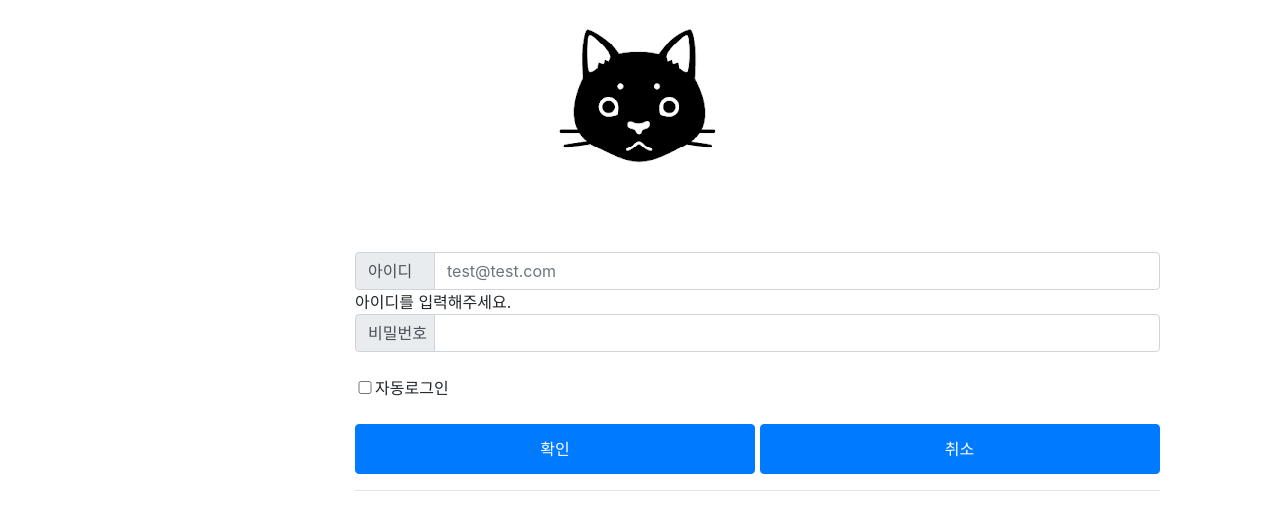
Repository: 0deepsleep/SpringMVCStudy
Page: http://localhost/TestProject/joinCheck.jsp
These files come from the project's save history. The page is drawn as it stood at one moment and after the next save; the edit follows.
The browser window is 1280 px wide. The pictures show the whole page.
The page is served by Tomcat 9.

Above is the page before, as saved 2019-06-14 09:41:27.

After the next save:
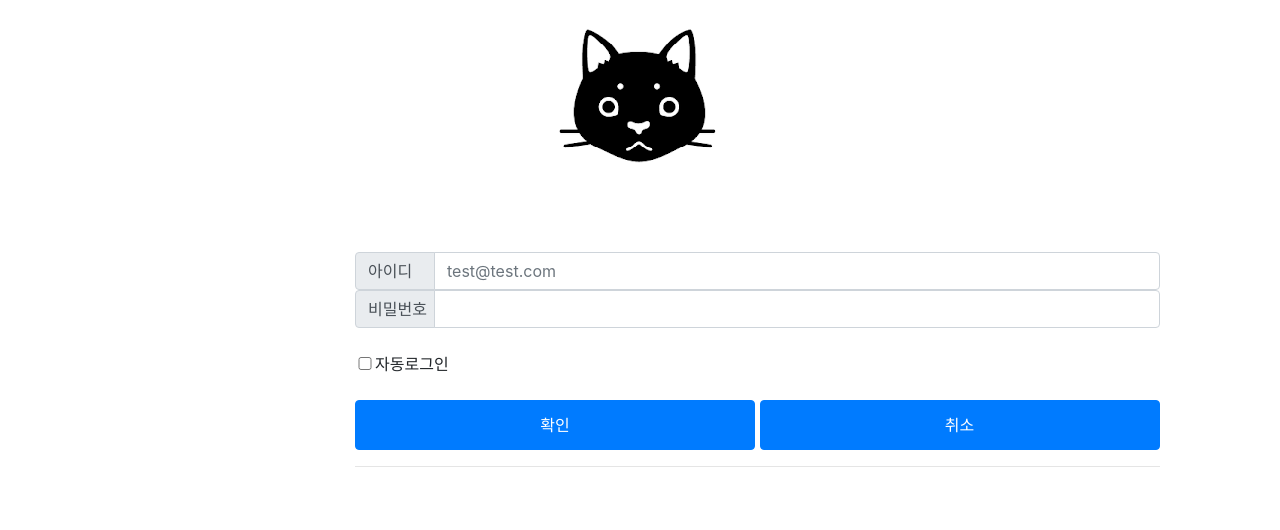
Saved 8 s later.
--- a/TestProject/WebContent/joinCheck.jsp
+++ b/TestProject/WebContent/joinCheck.jsp
@@ -70,7 +70,6 @@
 		  <input type="text" id="userId" name="userId" class="form-control"
 		  required="required" placeholder="test@test.com">
 		    </div>
-		    <span id="err1">아이디를 입력해주세요.</span><br>
 
 		<div class="input-group" id="memberForm">
 	  		<div class="input-group-prepend">
